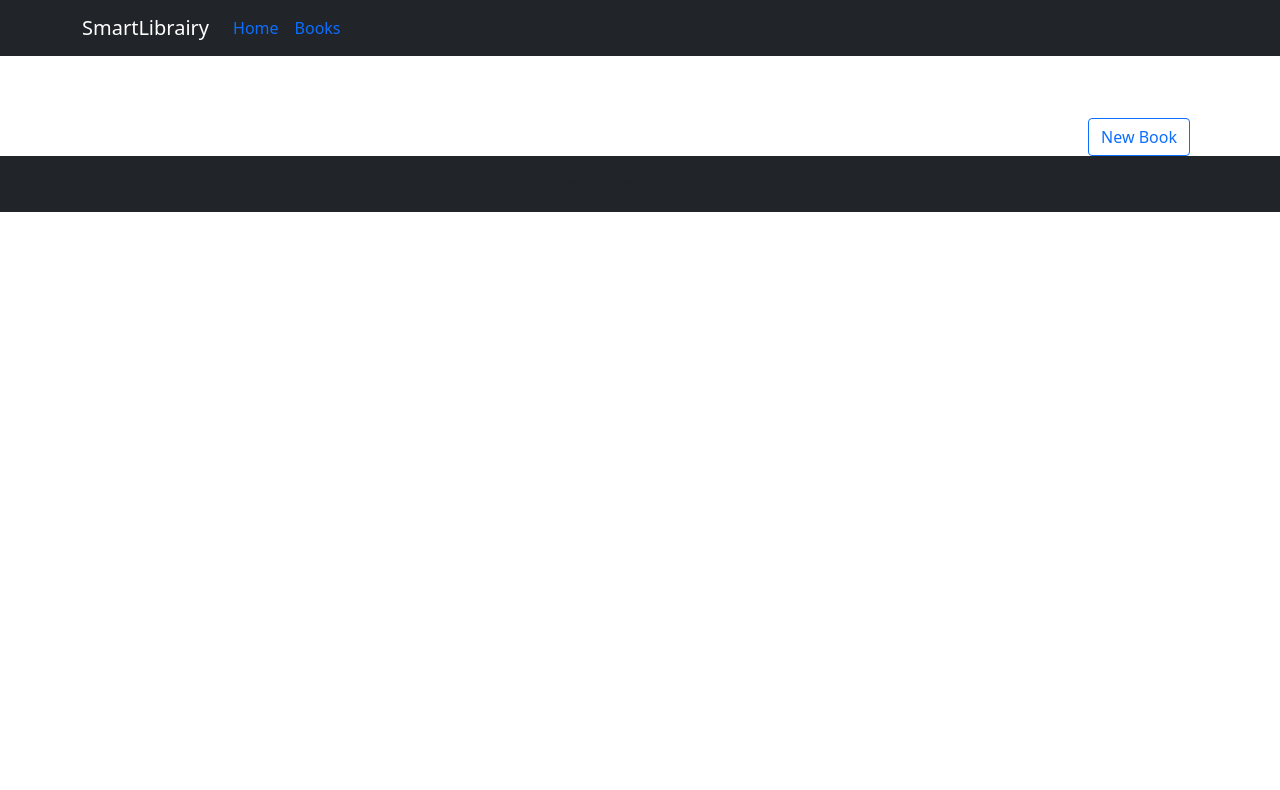
Repository: FS-23/smart-librairy
Page: http://localhost/books/list
The author's editor kept a copy of each file at every save. The page is drawn from the files as they stood at one save, then again after the next save.
The browser window is 1280 px wide. The pictures show the whole page.
The page is served by the project's Laravel application, run on PHP 8.4 with Laravel 9. Other server files are loaded and not shown. Queries for data that is not in the repository find no rows.

Above is the page before, as saved 2022-06-10 14:11:23.

### routes/web.php
<?php

use Illuminate\Support\Facades\Route;
use Illuminate\Http\Request;
use App\Http\Controllers\BookController;

/*
    |--------------------------------------------------------------------------
    | Web Routes
    |--------------------------------------------------------------------------
    |
    | Here is where you can register web routes for your application. These
    | routes are loaded by the RouteServiceProvider within a group which
    | contains the "web" middleware group. Now create something great!
    |
*/

Route::get('/', function () {
    return redirect('/books/list');
});
Route::get('/books/list' , [BookController::class , 'index']);
Route::get('/books/create',[BookController::class , 'create']);
Route::get('/books/update/{id}',[BookController::class , 'edit']);
Route::post('/books/store' , [BookController::class , 'store']);
Route::post('/books/update/{id}' , [BookController::class , 'update']);
Route::get('/books/detail/{id}' , [BookController::class, 'show']);
Route::get('/books/delete/{id}' , [BookController::class, 'destroy']);

Route::view('/file' , 'file');

Route::post('/file/store' , function(Request $request){
    //hasFile

    $file = $request -> file('myFile');

    // Storage::put('myfile.jpg', $file);
     $storeResult = $file->store('public/bookImages'); // file est le name de votre input dans file.blade.php
    // return $storeResult;

    $fileName = str_replace('public' , 'storage' , $storeResult);
     return  $fileName;
});

### app/Http/Controllers/BookController.php
<?php

namespace App\Http\Controllers;

use App\Models\Book;
use Illuminate\Http\Request;

class BookController extends Controller
{

    public function index()
    {

        return view('book.list', ['books' => Book::all()]);
    }

    public function create()
    {
        return view('book.create');
    }

    public function store(Request $request)
    {
        $data = $request -> all();
        $file = $request -> file('bookImage');
        $fileStoreResult = $file->store('/public/bookImages');
        $fileName = str_replace('public', 'storage' , $fileStoreResult);
        $data['image'] = $fileName;
        $createdBook = Book::create($data);
        return redirect('/books/list');
    }


    public function show($id)
    {
        return  view('book.detail' , ["book" => Book::find($id)]);
    }


    public function edit($id)
    {
        return view('book.update' , ["book" => Book::find($id)]);
    }


    public function update(Request $request, $id)
    {
        $book = Book::find($id);
        if($request->hasFile("bookImage")){
            $file = $request -> file('bookImage');
            $fileStoreResult = $file->store('/public/bookImages');
            $fileName = str_replace('public', 'storage' , $fileStoreResult);
            $book -> image = $fileName;
        }

        $book ->update($request->all());
        return redirect('/books/list');
        //
    }

    public function destroy($id)
    {
        Book::destroy($id);
        return redirect('/books/list');
    }
}

### app/Models/Book.php
<?php

namespace App\Models;

use Illuminate\Database\Eloquent\Factories\HasFactory;
use Illuminate\Database\Eloquent\Model;

class Book extends Model
{
    use HasFactory;

    protected $fillable  = ["title", "author" , "description" , "categorie" , 'image'];
}

### resources/views/book/list.blade.php

 @extends('layout.layout')

 @section('content')
     <div class="mt-3 container">
             <div class="d-block text-end pe-2">
                 <a href="/books/create" class="btn btn-outline-primary mt-5">New Book</a>
             </div>
             <div class="row mx-0">
                 @foreach($books as $book)
                     <div style="" class="mt-3 col-12 col-sm-6 col-lg-4">
                         <div class="h-100">
                             <div class="bg-light p-3 d-flex justify-content-center align-items-center" style="height: 150px">
                                 <h3>{{ $book -> title }}</h3>
                                 <img src="{{ url($book->image) }}" width="70" height="100" alt="">
                             </div>
                             <div class="bg-dark text-white p-3 ">
                                 <p style="white-space: nowrap; overflow: hidden;text-overflow: ellipsis" class="">{{ $book -> description }}</p>
                                 <a href="/books/detail/{{ $book->id }}" class="btn btn-primary">More</a>
                             </div>
                         </div>
                     </div>
                 @endforeach

             </div>
     </div>
 @endsection

### resources/views/layout/layout.blade.php
<!DOCTYPE html>
<html lang="en">
<head>
    <meta charset="UTF-8">
    <meta name="viewport" content="width=device-width, initial-scale=1.0">
    <meta http-equiv="X-UA-Compatible" content="ie=edge">
    <title>SMART LIBRAIRY</title>
    <style>
        html , body{
            min-height: 100vh;
        }
    </style>
    <link rel="stylesheet" href="https://cdn.jsdelivr.net/npm/bootstrap@5.1.3/dist/css/bootstrap.min.css">
</head>
<body>
    <header style="position: fixed; top:0; width: 100%">
        <nav class="navbar navbar-expand-lg  bg-dark  text-white">
             <div class="container">
                  <div class="navbar-brand text-white">SmartLibrairy</div>

                  <button class="navbar-toggler" data-bs-toggle="collapse" href="#menu-container">
                     <span class="navbar-toggler-icon"></span>
                  </button>
                  <div class="collapse navbar-collapse" id="menu-container">
                    <ul class="navbar-nav">
                        <li class="nav-item">
                            <a href="/" class="nav-link">Home</a>
                        </li>
                        <li class="nav-item">
                             <a href="/books/list" class="nav-link">Books</a>
                        </li>
                    </ul>
                  </div>
             </div>

        </nav>
    </header>
    <section style="margin-top: 70px">
        @yield('content')
    </section>

    <section>
        @if($errors->count()>0)
            @foreach($errors->all() as $error)
                <h6 class="text-danger">{{ $error }}</h6>
            @endforeach
        @endif
    </section>
    <footer class="footer bg-dark p-3 text-center">
         ©copyright FS-23 2022
    </footer>

    <script src="https://cdn.jsdelivr.net/npm/bootstrap@5.1.3/dist/js/bootstrap.bundle.min.js"></script>
</body>
</html>

Loaded but not shown: app/Http/Controllers/Controller.php (common file)

After the next save:
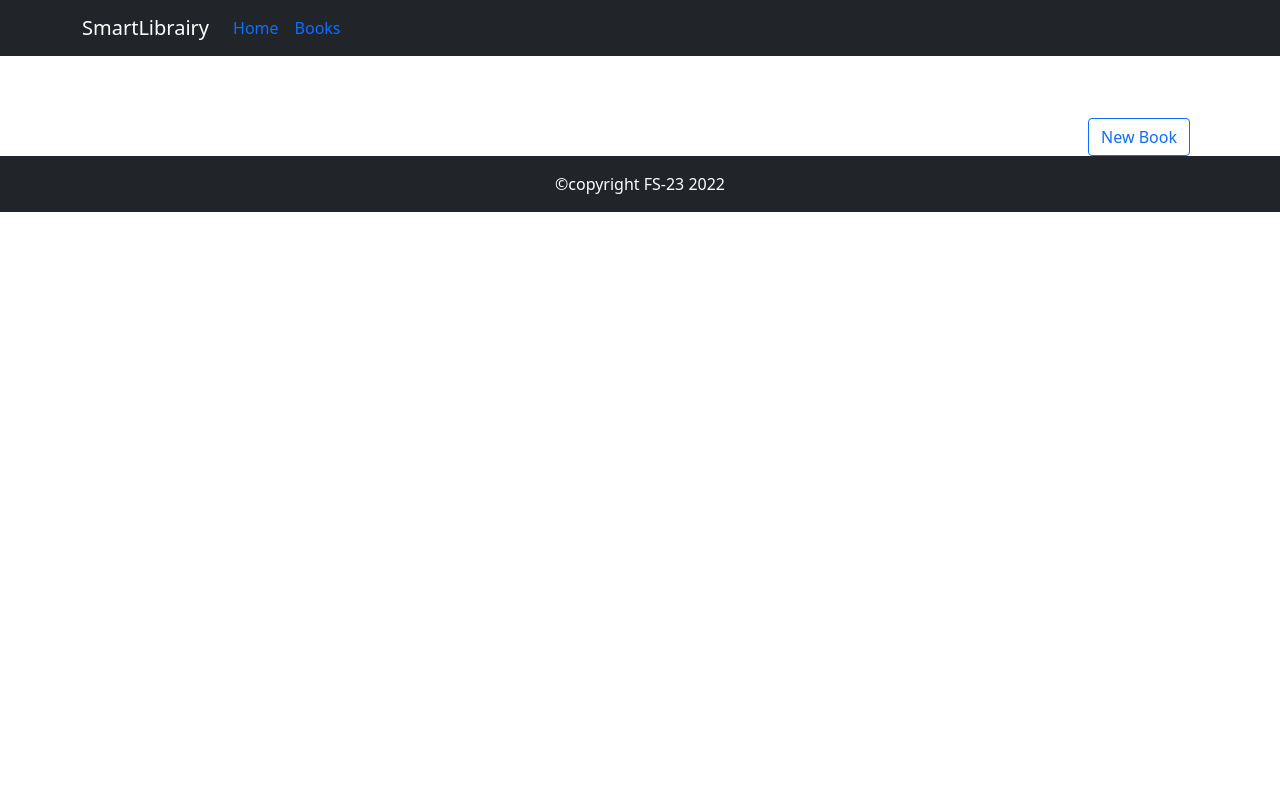
Saved 11 s later.
--- a/resources/views/layout/layout.blade.php
+++ b/resources/views/layout/layout.blade.php
@@ -46,7 +46,7 @@
             @endforeach
         @endif
     </section>
-    <footer class="footer bg-dark p-3 text-center">
+    <footer class="footer bg-dark p-3 text-center text-white">
          ©copyright FS-23 2022
     </footer>
 
